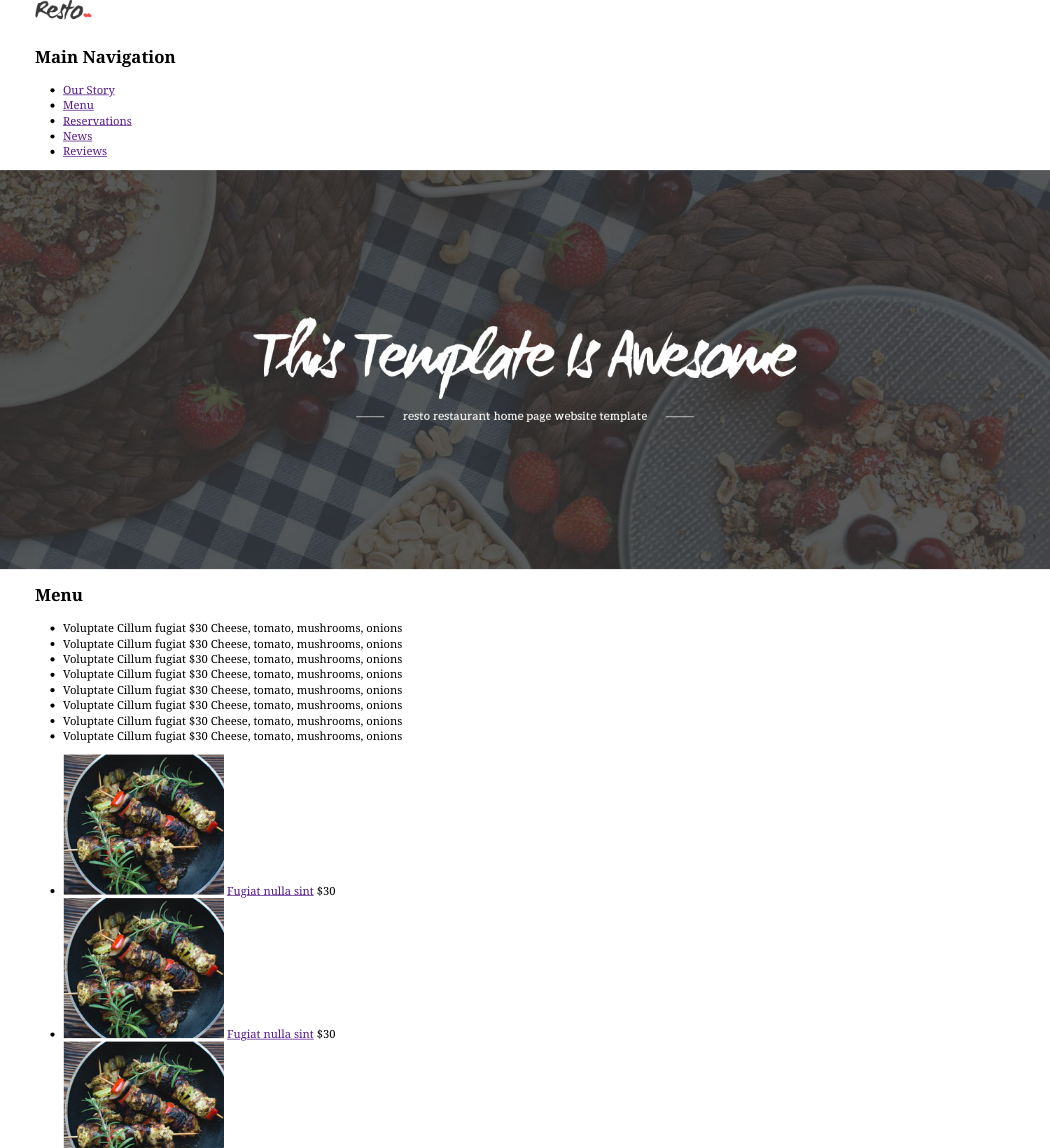
Repository: Piterwk1/psd-to-wordpress
Page: index.html
The author's editor kept a copy of each file at every save. The page is drawn from the files as they stood at one save, then again after the next save.
The browser window is 1280 px wide. The page is 1500 px wide, so the pictures cover 1500 px, including what lies to the right of the window. The pictures show the part of the page from y = 0 to 1640 px (the page is 2297 px tall before and 2253 px after), at 70% of full size.

Above is the page before, as saved 2021-09-21 04:57:17.

After the next save:
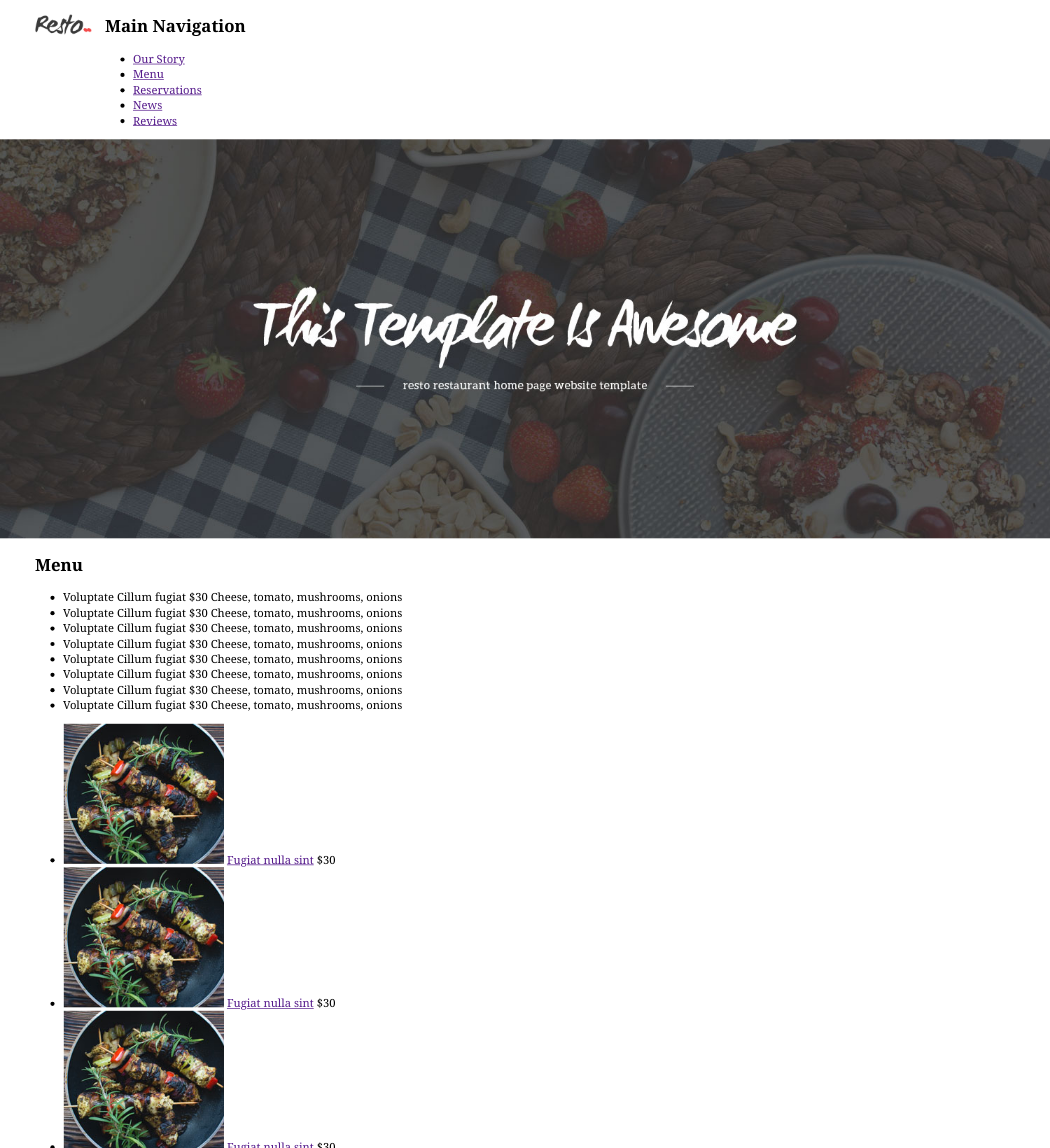
Saved 69 s later.
--- a/style.css
+++ b/style.css
@@ -16,3 +16,8 @@ h1.logo {
     width: 100px;
     text-indent: -10000px;
 }
+
+#headerWrapper {
+    display: flex;
+    align-content: space-between;
+}
